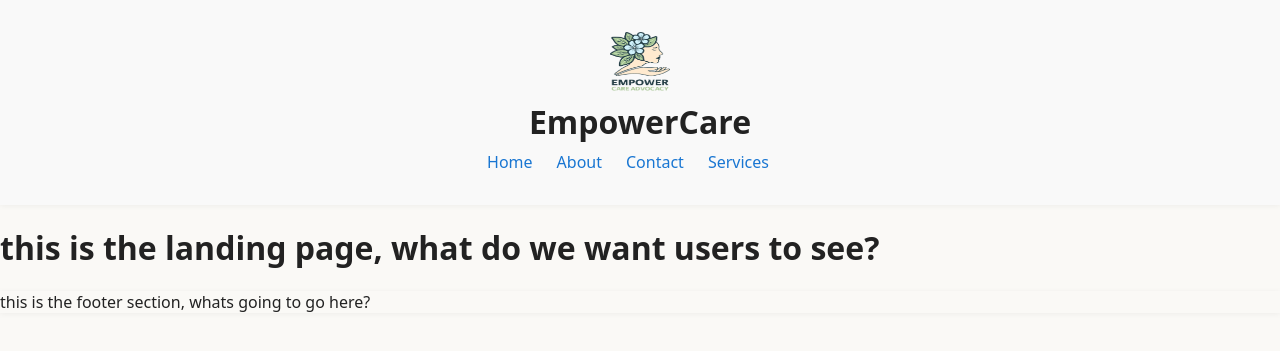
Repository: mcamarco/empowercare
Page: /
The author's editor kept a copy of each file at every save. The page is drawn from the files as they stood at one save, then again after the next save.
The browser window is 1280 px wide. The pictures show the whole page.
The project was rebuilt for these pictures with package versions that can differ from the ones it lists, and the page was loaded fresh each time. The framework's server and built-in components were replaced by stand-ins that run in the browser. Also part of the build but not shown: next.config.ts.

Above is the page before, as saved 2025-05-29 12:33:48.

### src/app/layout.tsx
// Imports
import Navigation from '@/components/Navigation'
import Header from '@/components/Header'
import Footer from '@/components/Footer'
import './globals.css'

// Export the RootLayout component as the default export
export default function RootLayout({ children }) {
  // The RootLayout component receives 'children' as a prop, which will be the content of each specific page
  return (
    // Set the language of the HTML document to English
    <html lang="en">
      <body>
        {/* Render the Header component at the top of every page */}
        <Header />
        {/* Render the Navigation component below the header on every page */}
        {/* <Navigation /> */}
        {/* Render the main content of the current page */}
        <main>
          {children}
        </main>
        {/* Render the Footer component at the bottom of every page */}
        <Footer />
      </body>
    </html>
  )
}

### src/app/page.tsx
export default function Home() {
  return (
    <main>
      <h1>this is the landing page, what do we want users to see? </h1>
    </main>
  );
}

### src/components/Header.tsx
import Image from "next/image";
import Navigation from "./Navigation";

export default function Header() {
  return (
    <header style={{ padding: "2rem 0", textAlign: "center", background: "#f9f9f9" }}>
      <div style={{ display: "flex", flexDirection: "column", alignItems: "center" }}>
        <Image src="/logo.png" alt="Company Logo" width={60} height={60} />
        <h1 style={{ margin: "0.5rem 0 0.5rem 0" }}>EmpowerCare</h1>
      </div>
      <Navigation />
    </header>
  );
}

### src/components/Footer.tsx
export default function Footer() {
  return (
    <footer>
      <p> this is the footer section, whats going to go here?</p>
    </footer>
  );
}

### src/app/globals.css
body {
  margin: 0;
  font-family: system-ui, sans-serif;
  background: #faf9f6;
  color: #222;
}

a {
  text-decoration: none;
  color: #1976d2;
}

a:hover {
  text-decoration: underline;
}

header, footer {
  box-shadow: 0 1px 6px rgba(0,0,0,0.05);
}

### src/components/Navigation.tsx
import Link from "next/link";

export default function Navigation() {
  return (
    <nav>
      <Link href="/" style={{ marginRight: "1.5rem" }} >Home</Link>
      <Link href="/about"style={{ marginRight: "1.5rem" }} >About</Link>
      <Link href="/contact" style={{ marginRight: "1.5rem" }} >Contact</Link>
      <Link href="/services" style={{ marginRight: "1.5rem" }} >Services</Link>
    </nav>
  );
}

After the next save:
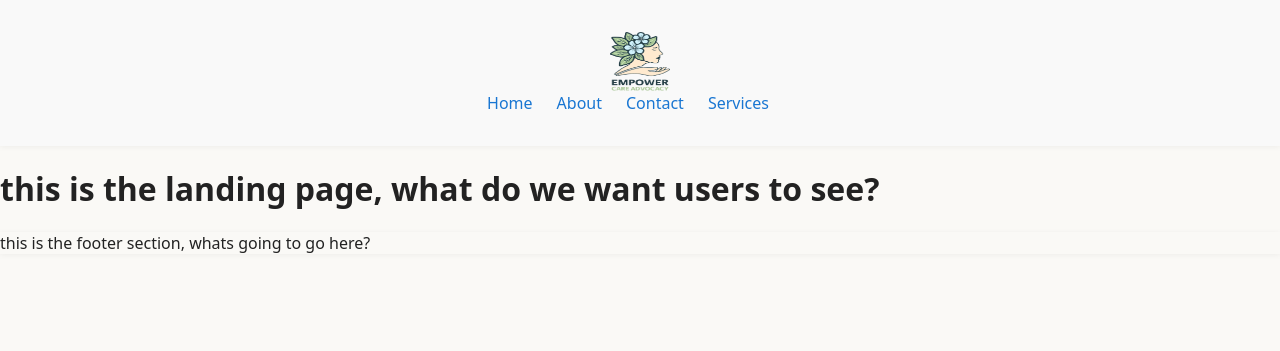
Saved 21 s later.
--- a/src/components/Header.tsx
+++ b/src/components/Header.tsx
@@ -6,7 +6,6 @@ export default function Header() {
     <header style={{ padding: "2rem 0", textAlign: "center", background: "#f9f9f9" }}>
       <div style={{ display: "flex", flexDirection: "column", alignItems: "center" }}>
         <Image src="/logo.png" alt="Company Logo" width={60} height={60} />
-        <h1 style={{ margin: "0.5rem 0 0.5rem 0" }}>EmpowerCare</h1>
       </div>
       <Navigation />
     </header>
